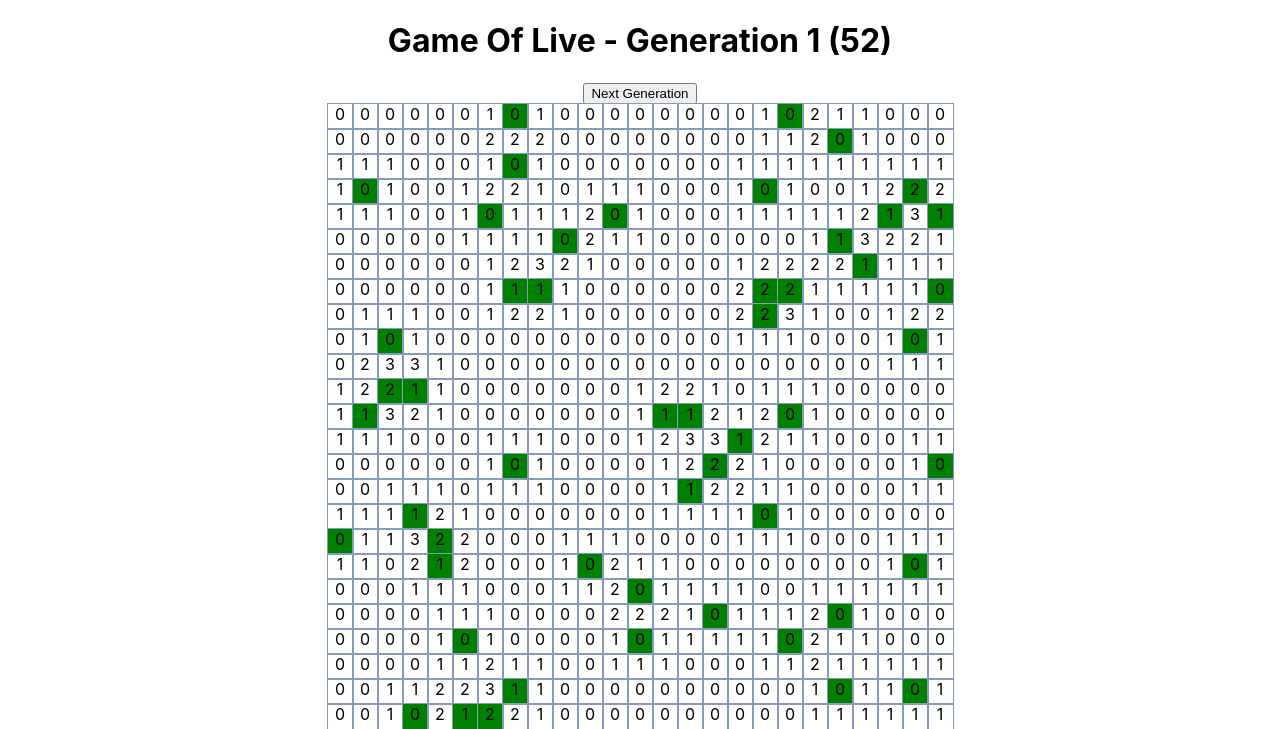
Repository: cfaguilera20/gol
Page: /
The author's editor kept a copy of each file at every save. The page is drawn from the files as they stood at one save, then again after the next save.
The browser window is 1280 px wide. The pictures show the whole page.
The project was rebuilt for these pictures with package versions that can differ from the ones it lists, and the page was loaded fresh each time.

Above is the page before, as saved 2021-07-25 14:02:17.

After the next save:
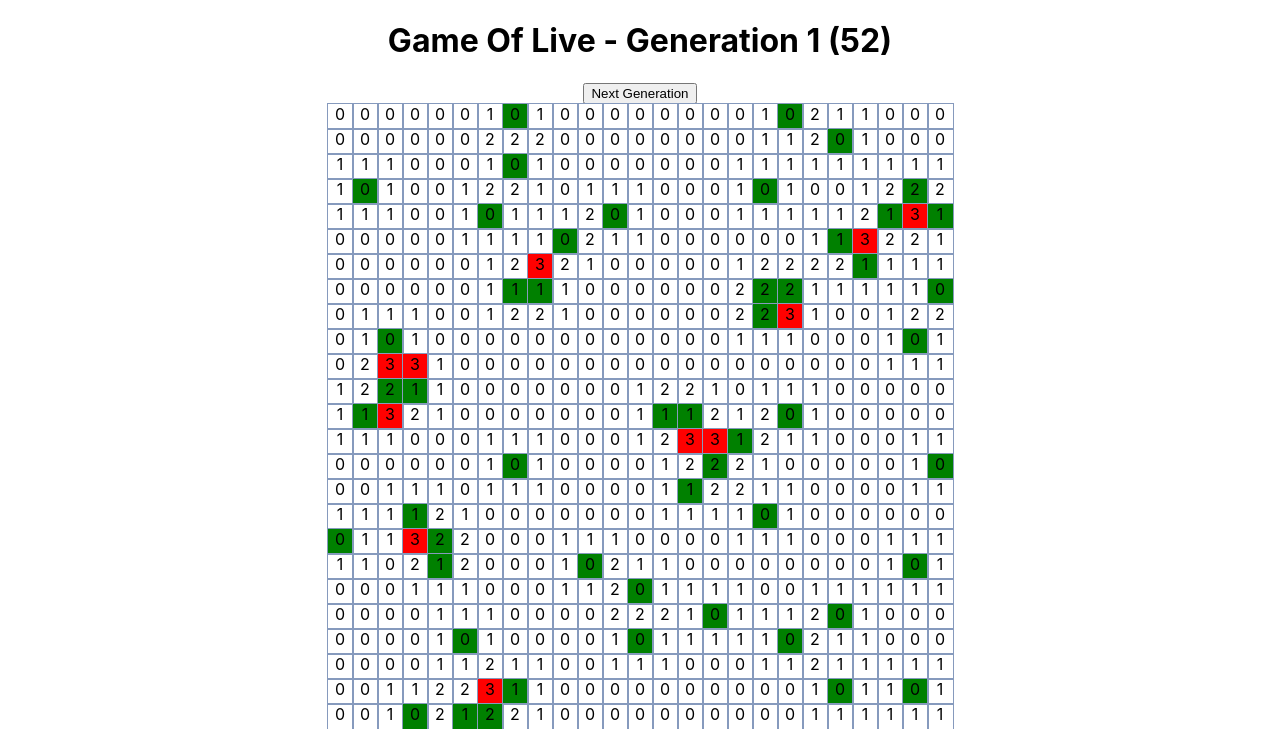
Saved 27 s later.
--- a/src/components/Board.jsx
+++ b/src/components/Board.jsx
@@ -32,6 +32,8 @@
 
                             const className = isAlive
                                 ? 'cell cell-green'
+                                : neighborsAlive > 2
+                                ? 'cell cell-red'
                                 : 'cell';
 
                             return (

After the save that followed:
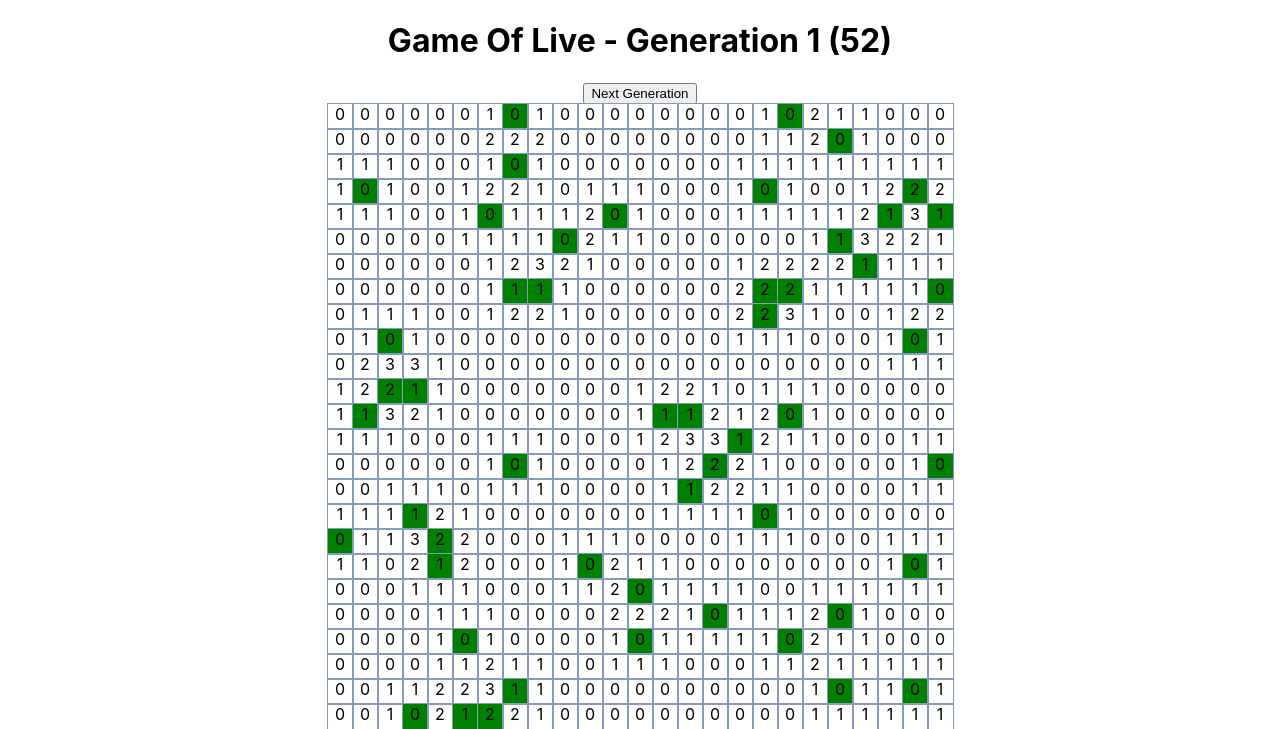
Saved 24 s later.
--- a/src/components/Board.jsx
+++ b/src/components/Board.jsx
@@ -32,8 +32,6 @@
 
                             const className = isAlive
                                 ? 'cell cell-green'
-                                : neighborsAlive > 2
-                                ? 'cell cell-red'
                                 : 'cell';
 
                             return (
